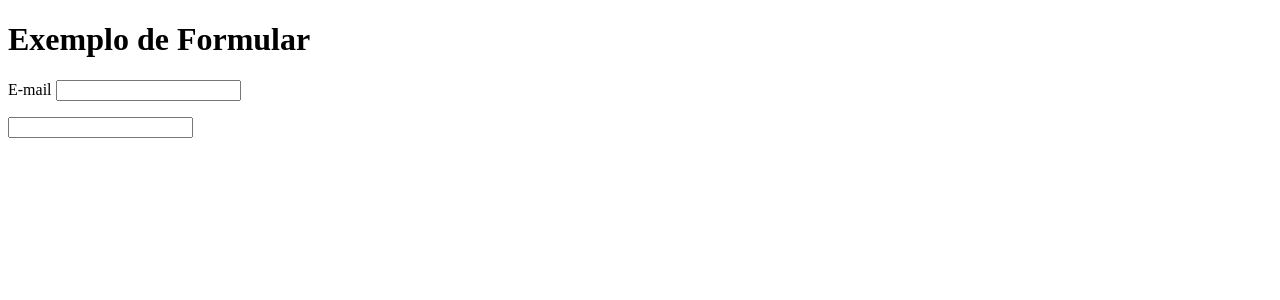
Repository: DorivalJunior14/exercicios
Page: ex025.html/form004.html
These files come from the project's save history. The page is drawn as it stood at one moment and after a run of saves; the edit follows.
The browser window is 1280 px wide. The pictures show the whole page.

Above is the page before, as saved 2022-07-20 17:44:26.

### ex025.html/form004.html
<!DOCTYPE html>
<html lang="pt-br">
<head>
    <meta charset="UTF-8">
    <meta name="viewport" content="width=device-width, initial-scale=1.0">
    <title>Formulario</title>
</head>
<body>
    <h1>Exemplo de Formular</h1>
    <form action="cadastro.php" method="get">
        <p>
            <label for="iemail">E-mail</label>
            <input type="email" name="email" id="iemail">
            <p>
                <input type=""
            </p>
        </form>
</body>
</html>

After the next 2 saves:
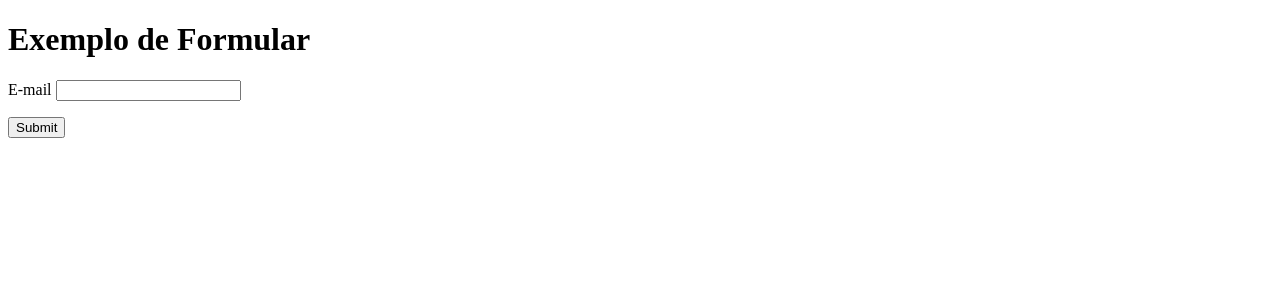
The 2 saves are shown as one change because they came seconds apart.
The last was saved 9 s later.
--- a/ex025.html/form004.html
+++ b/ex025.html/form004.html
@@ -12,7 +12,7 @@
             <label for="iemail">E-mail</label>
             <input type="email" name="email" id="iemail">
             <p>
-                <input type=""
+                <input type="submit"
             </p>
         </form>
 </body>
